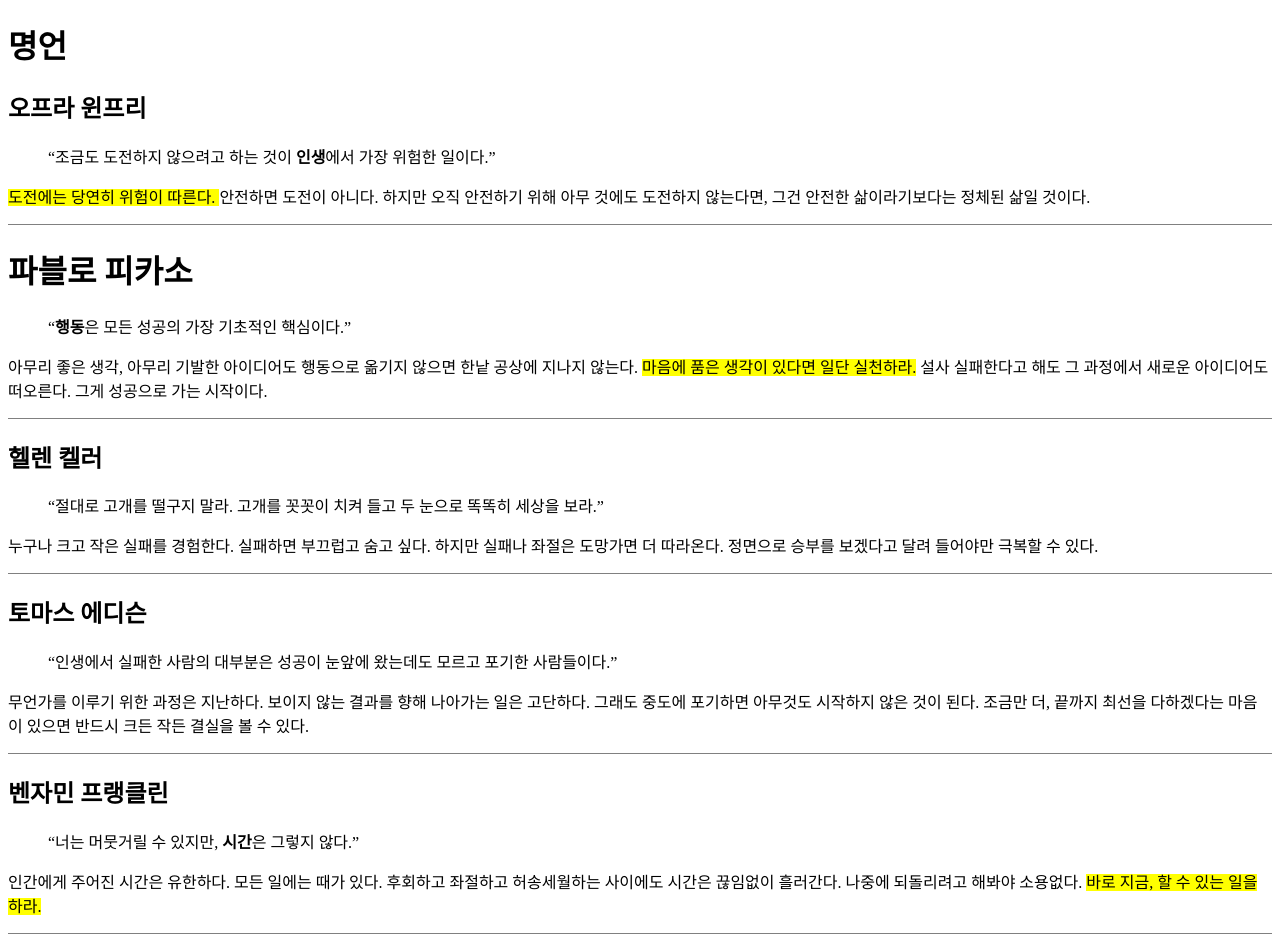
Repository: sujin9335/Front-end
Page: ClientTest/src/main/webapp/html/문제/6.html
The author's editor kept a copy of each file at every save. The page is drawn from the files as they stood at one save, then again after the next save.
The browser window is 1280 px wide. The pictures show the whole page.

Above is the page before, as saved 2023-09-21 09:21:13.

### ClientTest/src/main/webapp/html/문제/6.html
<!DOCTYPE html>
<html>
<head>
<meta charset="UTF-8">
<title>Insert title here</title>
</head>
<body>

	<h1>명언</h1>
	<h2>오프라 윈프리</h2>
	<blockquote>“조금도 도전하지 않으려고 하는 것이 <b>인생</b>에서 가장 위험한 일이다.”</blockquote>
	<p><font style="background-color : yellow">도전에는 당연히 위험이 따른다. </font>안전하면 도전이 아니다. 하지만 오직 안전하기 위해 아무 것에도 도전하지 않는다면, 그건 안전한 삶이라기보다는 정체된 삶일 것이다.	</p>
	<hr size="1" noshade>

	<h1>파블로 피카소</h1>
	<blockquote>“<Strong>행동</Strong>은 모든 성공의 가장 기초적인 핵심이다.”</blockquote>
	<p>아무리 좋은 생각, 아무리 기발한 아이디어도 행동으로 옮기지 않으면 한낱 공상에 지나지 않는다.
	<font style="background-color : yellow">마음에 품은 생각이 있다면 일단 실천하라.</font>
	 설사 실패한다고 해도 그 과정에서 새로운 아이디어도 떠오른다. 그게 성공으로 가는 시작이다.
	</p>
	<hr size="1" noshade>

	<h2>헬렌 켈러</h2>
	<blockquote>“절대로 고개를 떨구지 말라. 고개를 꼿꼿이 치켜 들고 두 눈으로 똑똑히 세상을 보라.”</blockquote>
	<p>누구나 크고 작은 실패를 경험한다. 실패하면 부끄럽고 숨고 싶다. 하지만 실패나 좌절은 도망가면 더 따라온다. 정면으로 승부를 보겠다고 달려 들어야만 극복할 수 있다.
	</p>
	<hr size="1" noshade>

	<h2>토마스 에디슨</h2>
	<blockquote>“인생에서 실패한 사람의 대부분은 성공이 눈앞에 왔는데도 모르고 포기한 사람들이다.”</blockquote>
	<p>
	무언가를 이루기 위한 과정은 지난하다. 보이지 않는 결과를 향해 나아가는 일은 고단하다. 그래도 중도에 포기하면 아무것도 시작하지 않은 것이 된다. 조금만 더, 끝까지 최선을 다하겠다는 마음이 있으면 반드시 크든 작든 결실을 볼 수 있다.
	</p>
	<hr size="1" noshade>

	<h2>벤자민 프랭클린</h2>
	<blockquote>“너는 머뭇거릴 수 있지만, <Strong>시간</Strong>은 그렇지 않다.”</blockquote>
	<p>
	인간에게 주어진 시간은 유한하다. 모든 일에는 때가 있다. 후회하고 좌절하고 허송세월하는 사이에도 시간은 끊임없이 흘러간다. 나중에 되돌리려고 해봐야 소용없다.
	<font style="background-color : yellow">
	바로 지금, 할 수 있는 일을 하라.
	</font>
	</p>
	<hr size="1" noshade>

</body>
</html>

After the next save:
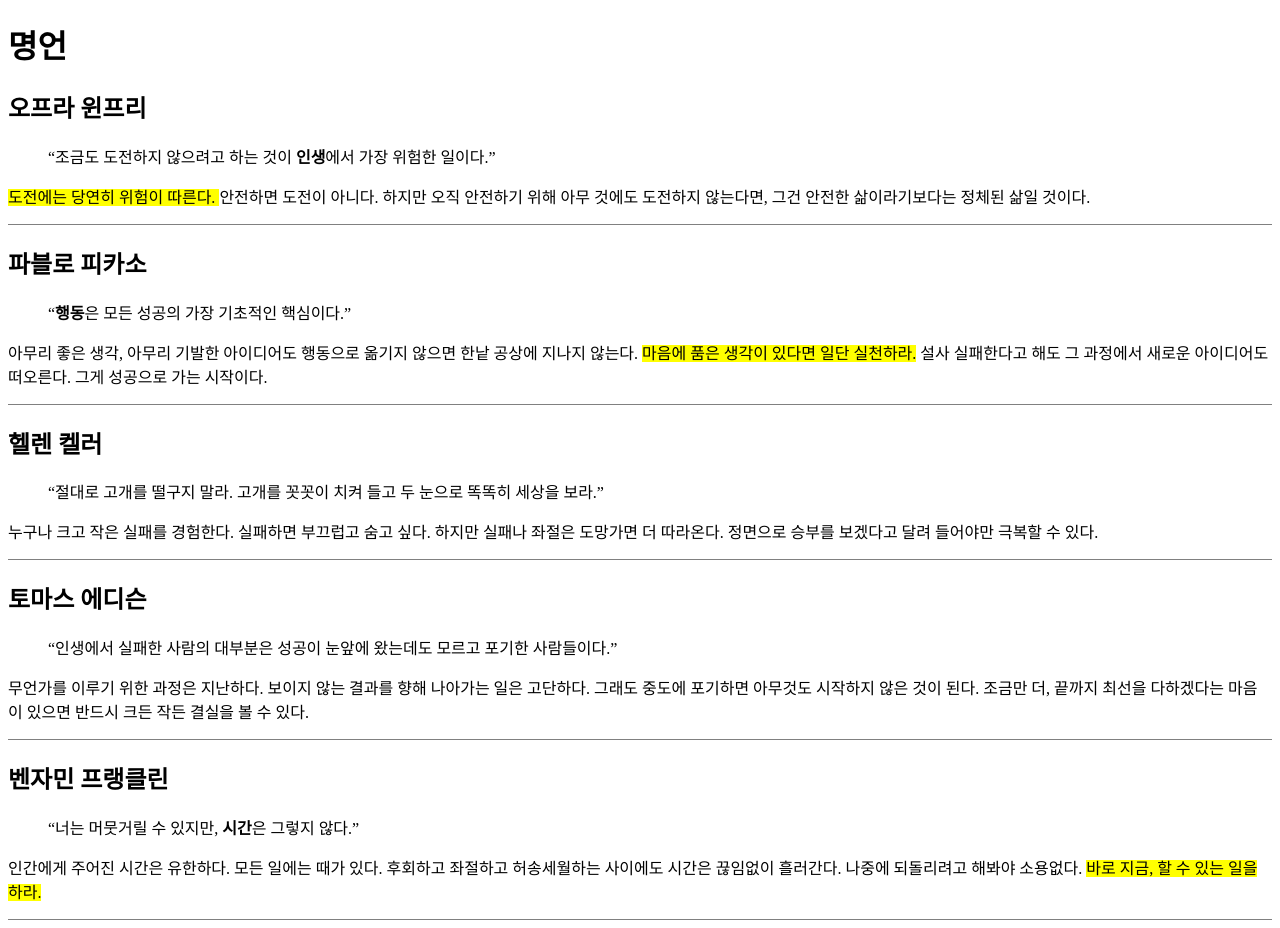
Saved 11 s later.
--- a/ClientTest/src/main/webapp/html/문제/6.html
+++ b/ClientTest/src/main/webapp/html/문제/6.html
@@ -12,7 +12,7 @@
 	<p><font style="background-color : yellow">도전에는 당연히 위험이 따른다. </font>안전하면 도전이 아니다. 하지만 오직 안전하기 위해 아무 것에도 도전하지 않는다면, 그건 안전한 삶이라기보다는 정체된 삶일 것이다.	</p>
 	<hr size="1" noshade>
 
-	<h1>파블로 피카소</h1>
+	<h2>파블로 피카소</h2>
 	<blockquote>“<Strong>행동</Strong>은 모든 성공의 가장 기초적인 핵심이다.”</blockquote>
 	<p>아무리 좋은 생각, 아무리 기발한 아이디어도 행동으로 옮기지 않으면 한낱 공상에 지나지 않는다.
 	<font style="background-color : yellow">마음에 품은 생각이 있다면 일단 실천하라.</font>
